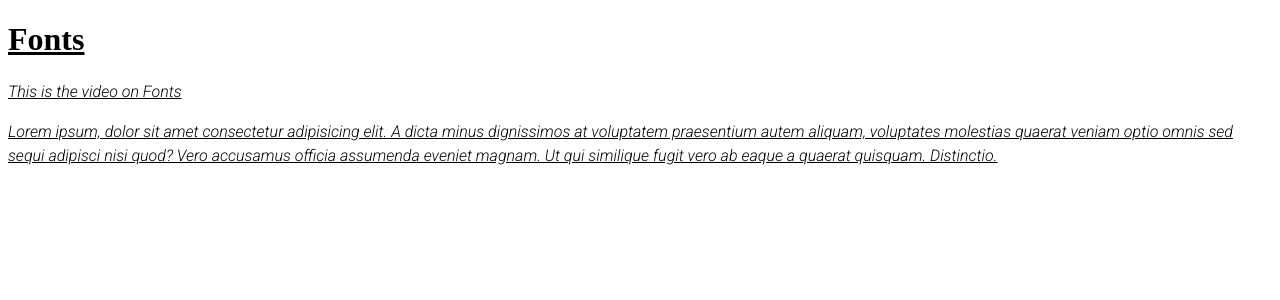
Repository: diensy/Web_dev
Page: Css/Fonts/index.html
The author's editor kept a copy of each file at every save. The page is drawn from the files as they stood at one save, then again after a run of saves.
The browser window is 1280 px wide. The pictures show the whole page.
Some web fonts or font styles are not loaded; a fallback is used.

Above is the page before, as saved 2024-05-22 22:36:07.

### Css/Fonts/index.html
<!DOCTYPE html>
<html lang="en">
  <head>
    <meta charset="UTF-8" />
    <meta name="viewport" content="width=device-width, initial-scale=1.0" />
    <title>Document</title>
    <link rel="stylesheet" href="font.css" />
  </head>
  <body>
    <div>
      <h1><u>Fonts</u></h1>
      <p>This is the video on Fonts</p>
      <p>
        Lorem ipsum, dolor sit amet consectetur adipisicing elit. A dicta minus
        dignissimos at voluptatem praesentium autem aliquam, voluptates
        molestias quaerat veniam optio omnis sed sequi adipisci nisi quod? Vero
        accusamus officia assumenda eveniet magnam. Ut qui similique fugit vero
        ab eaque a quaerat quisquam. Distinctio.
      </p>
    </div>
  </body>
</html>

### Css/Fonts/font.css
@import url("https://fonts.googleapis.com/css2?family=Baloo+Bhaina+2:wght@400..800&display=swap");

@import url('https://fonts.googleapis.com/css2?family=Baloo+Bhaina+2:wght@400..800&family=Roboto:ital,wght@0,100;0,300;0,400;0,500;0,700;0,900;1,100;1,300;1,400;1,500;1,700;1,900&display=swap');


p {
  font-family: "Roboto", sans-serif;;
  font-style: oblique;
  font-weight: 300;
  text-decoration: underline;
  line-height: 1.5;
}

After the next 2 saves:
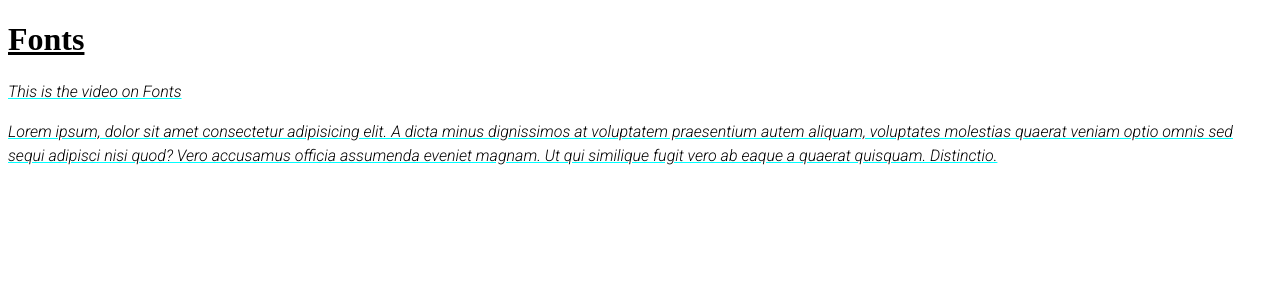
The 2 saves are shown as one change because they came seconds apart.
The last was saved 7 min 46 s later.
--- a/Css/Fonts/font.css
+++ b/Css/Fonts/font.css
@@ -9,4 +9,5 @@ p {
   font-weight: 300;
   text-decoration: underline;
   line-height: 1.5;
+  text-decoration-color:aqua ;
 }
